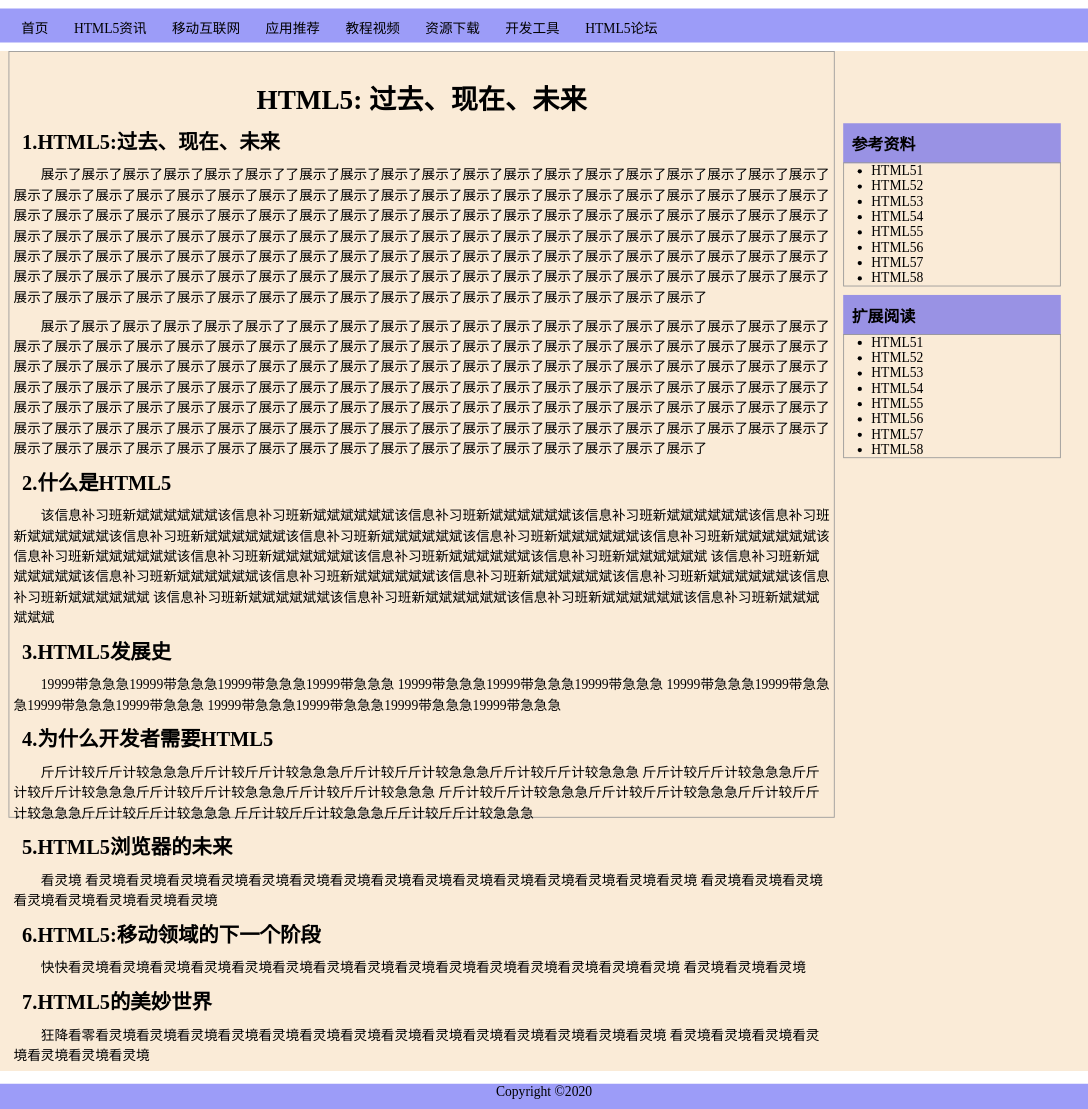
Repository: LstHeart/html-learning
Page: css/案例作业2.html
An editor plug-in stored every save of this project. The page is shown before and after the next save, followed by the edit.
The browser window is 1280 px wide. The pictures show the whole page, at 85% of full size.

Above is the page before, as saved 2021-01-05 23:16:31.

### css/案例作业2.html
<!DOCTYPE html>
<html lang="en">
<head>
    <meta charset="UTF-8">
    <meta name="viewport" content="width=device-width, initial-scale=1.0">
    <title>HTML5</title>
    <link rel="stylesheet" href="html5.css">
</head>
<body>
    <div class="header">
        <ul class="head-ul">
            <li>首页</li>
            <li>HTML5资讯</li>
            <li>移动互联网</li>
            <li>应用推荐</li>
            <li>教程视频</li>
            <li>资源下载</li>
            <li>开发工具</li>
            <li>HTML5论坛</li>
        </ul>
    </div>
    <div class="content">

        <div class="leftside">
            <h1>HTML5: 过去、现在、未来</h1>
            <h2>1.HTML5:过去、现在、未来</h2>
            <p>展示了展示了展示了展示了展示了展示了了展示了展示了展示了展示了展示了展示了展示了展示了展示了展示了展示了展示了展示了展示了展示了展示了展示了展示了展示了展示了展示了展示了展示了展示了展示了展示了展示了展示了展示了展示了展示了展示了展示了展示了展示了展示了展示了展示了展示了展示了展示了展示了展示了展示了展示了展示了展示了展示了展示了展示了展示了展示了展示了展示了展示了展示了展示了展示了展示了展示了展示了展示了展示了展示了展示了展示了展示了展示了展示了展示了展示了展示了展示了展示了展示了展示了展示了展示了展示了展示了展示了展示了展示了展示了展示了展示了展示了展示了展示了展示了展示了展示了展示了展示了展示了展示了展示了展示了展示了展示了展示了展示了展示了展示了展示了展示了展示了展示了展示了展示了展示了展示了展示了展示了展示了展示了展示了展示了展示了展示了展示了展示了展示了展示了展示了展示了展示了展示了展示了展示了</p>
            <p>展示了展示了展示了展示了展示了展示了了展示了展示了展示了展示了展示了展示了展示了展示了展示了展示了展示了展示了展示了展示了展示了展示了展示了展示了展示了展示了展示了展示了展示了展示了展示了展示了展示了展示了展示了展示了展示了展示了展示了展示了展示了展示了展示了展示了展示了展示了展示了展示了展示了展示了展示了展示了展示了展示了展示了展示了展示了展示了展示了展示了展示了展示了展示了展示了展示了展示了展示了展示了展示了展示了展示了展示了展示了展示了展示了展示了展示了展示了展示了展示了展示了展示了展示了展示了展示了展示了展示了展示了展示了展示了展示了展示了展示了展示了展示了展示了展示了展示了展示了展示了展示了展示了展示了展示了展示了展示了展示了展示了展示了展示了展示了展示了展示了展示了展示了展示了展示了展示了展示了展示了展示了展示了展示了展示了展示了展示了展示了展示了展示了展示了展示了展示了展示了展示了展示了展示了</p>
            <h2>2.什么是HTML5</h2>
            <p>该信息补习班新斌斌斌斌斌斌该信息补习班新斌斌斌斌斌斌该信息补习班新斌斌斌斌斌斌该信息补习班新斌斌斌斌斌斌该信息补习班新斌斌斌斌斌斌该信息补习班新斌斌斌斌斌斌该信息补习班新斌斌斌斌斌斌该信息补习班新斌斌斌斌斌斌该信息补习班新斌斌斌斌斌斌该信息补习班新斌斌斌斌斌斌该信息补习班新斌斌斌斌斌斌该信息补习班新斌斌斌斌斌斌该信息补习班新斌斌斌斌斌斌
                该信息补习班新斌斌斌斌斌斌该信息补习班新斌斌斌斌斌斌该信息补习班新斌斌斌斌斌斌该信息补习班新斌斌斌斌斌斌该信息补习班新斌斌斌斌斌斌该信息补习班新斌斌斌斌斌斌
                该信息补习班新斌斌斌斌斌斌该信息补习班新斌斌斌斌斌斌该信息补习班新斌斌斌斌斌斌该信息补习班新斌斌斌斌斌斌
            </p>
            <h2>3.HTML5发展史</h2>
            <p>19999带急急急19999带急急急19999带急急急19999带急急急
                19999带急急急19999带急急急19999带急急急
                19999带急急急19999带急急急19999带急急急19999带急急急
                19999带急急急19999带急急急19999带急急急19999带急急急
            </p>
            <h2>4.为什么开发者需要HTML5</h2>
            <p>斤斤计较斤斤计较急急急斤斤计较斤斤计较急急急斤斤计较斤斤计较急急急斤斤计较斤斤计较急急急
                斤斤计较斤斤计较急急急斤斤计较斤斤计较急急急斤斤计较斤斤计较急急急斤斤计较斤斤计较急急急
                斤斤计较斤斤计较急急急斤斤计较斤斤计较急急急斤斤计较斤斤计较急急急斤斤计较斤斤计较急急急
                斤斤计较斤斤计较急急急斤斤计较斤斤计较急急急
            </p>
            <h2>5.HTML5浏览器的未来</h2>
            <p>看灵境
                看灵境看灵境看灵境看灵境看灵境看灵境看灵境看灵境看灵境看灵境看灵境看灵境看灵境看灵境看灵境
                看灵境看灵境看灵境看灵境看灵境看灵境看灵境看灵境
            </p>
            <h2>6.HTML5:移动领域的下一个阶段</h2>
            <p>快快看灵境看灵境看灵境看灵境看灵境看灵境看灵境看灵境看灵境看灵境看灵境看灵境看灵境看灵境看灵境
                看灵境看灵境看灵境
            </p>
            <h2>7.HTML5的美妙世界</h2>
            <p>狂降看零看灵境看灵境看灵境看灵境看灵境看灵境看灵境看灵境看灵境看灵境看灵境看灵境看灵境看灵境
                看灵境看灵境看灵境看灵境看灵境看灵境看灵境
            </p>
        </div>
        <div class="rightside">
            <h3>参考资料</h3>
            <ul>
                <li>HTML51</li>
                <li>HTML52</li>
                <li>HTML53</li>
                <li>HTML54</li>
                <li>HTML55</li>
                <li>HTML56</li>
                <li>HTML57</li>
                <li>HTML58</li>
            </ul>
            <h3>扩展阅读</h3>
            <ul>
                <li>HTML51</li>
                <li>HTML52</li>
                <li>HTML53</li>
                <li>HTML54</li>
                <li>HTML55</li>
                <li>HTML56</li>
                <li>HTML57</li>
                <li>HTML58</li>
            </ul>
        </div>
    </div>
    <div class="footer">
        Copyright &copy;2020
    </div>
</body>
</html>

### css/html5.css
*{
    padding: 0;
    margin: 0;
}
li{
    list-style: none;
}
a{
    text-decoration: none;
}
.header{
    padding-bottom:10px;
}
 .head-ul{
    /* margin: 10px auto; */
    padding-left: 10px;
    padding-bottom: 10px;
    /* background-color: rgb(248, 4, 4); */
    position: absolute;
    overflow: hidden;
}
.header,.footer{
    height: 30px;
    background-color: #3b3bf180;
    margin: 10px auto;
    text-align: center;
}
.header li{
    float: left;
    margin:10px 15px;

}
.content{
    background-color:antiquewhite;
    height: 1200px;
    margin: 10px auto;

    overflow: hidden;
    /* overflow-wrap: break-word; */
}
.content h1{
    text-align: center;
    font-family: '黑体';
    margin-top: 30px;
    margin-bottom: 10px;

}

.content .leftside,.rightside{
    float: left;
    height: 900px;
}
.content .leftside{
    width: 75%;
    margin: 0 10px;
    padding: 0 5px;
    border: 1px solid rgb(151, 151, 151);
}
.content .rightside{
    position: relative;
    margin-top:85px;
    width: 20%;
}
.content h2{
    /* border:#5a5ac2 1px solid; */
    padding-left: 10px;
}
.content p{
    font-family: '楷体';
    text-indent: 2em;
    margin: 10px 0;
    /* line-height: 1; */
}
.content h3{
    font-family: '黑体';
    /* border: 1px solid #ffffff; */
    background-color: #3b3bf180;
    padding: 10px
}
.content ul{
    /* background-color: #9ee7e1; */
    border: 1px solid rgb(151, 151, 151);
    margin-top: -1px;
    margin-bottom: 10px;
}
.content ul li{
    list-style:disc;
    margin-left: 2em;
}
.footer{
    margin: 15px 0 auto;
    /* padding: px auto; */
}

After the next save:
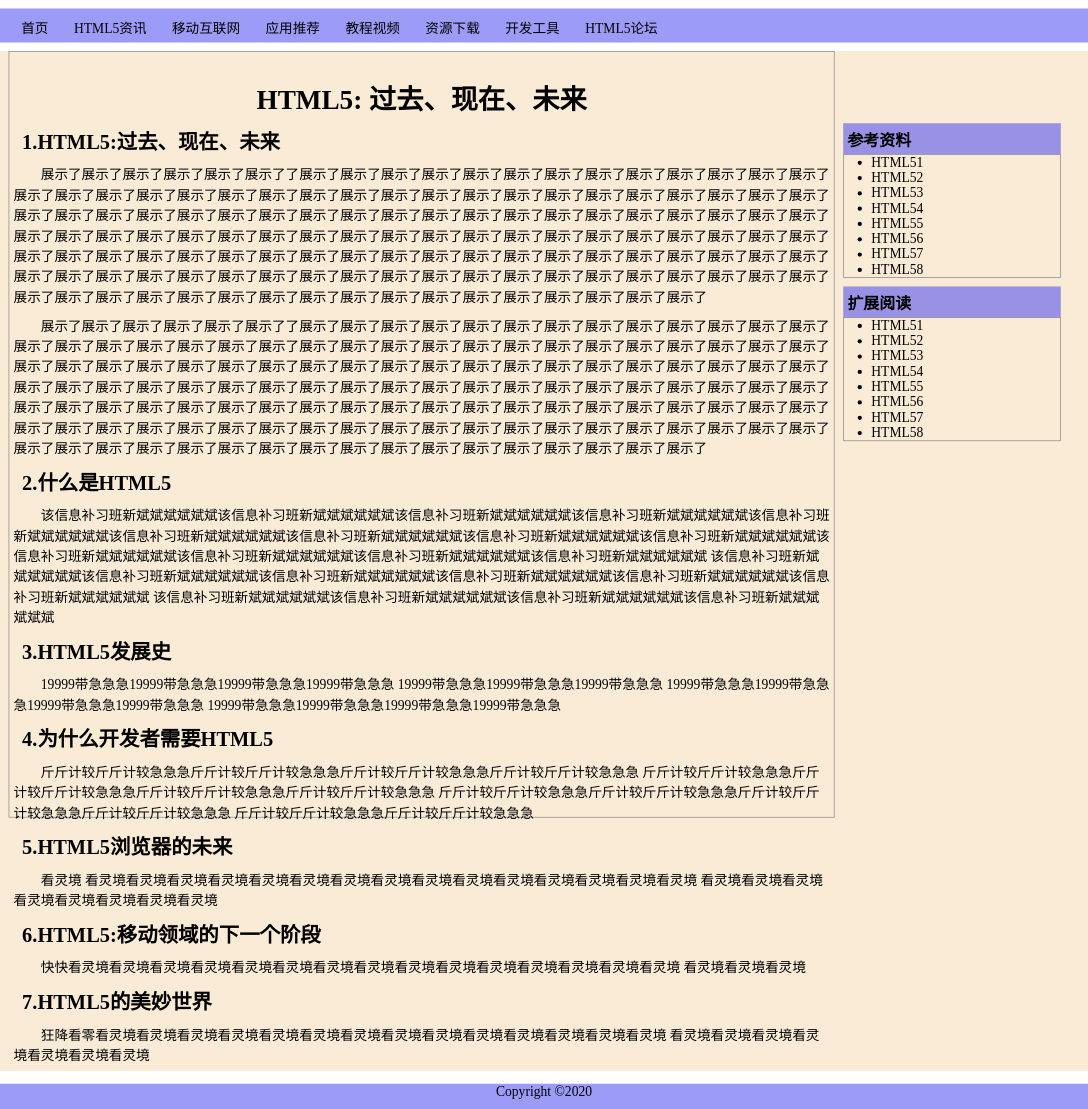
Saved 14 s later.
--- a/css/html5.css
+++ b/css/html5.css
@@ -75,7 +75,7 @@ a{
     font-family: '黑体';
     /* border: 1px solid #ffffff; */
     background-color: #3b3bf180;
-    padding: 10px
+    padding: 5px
 }
 .content ul{
     /* background-color: #9ee7e1; */
